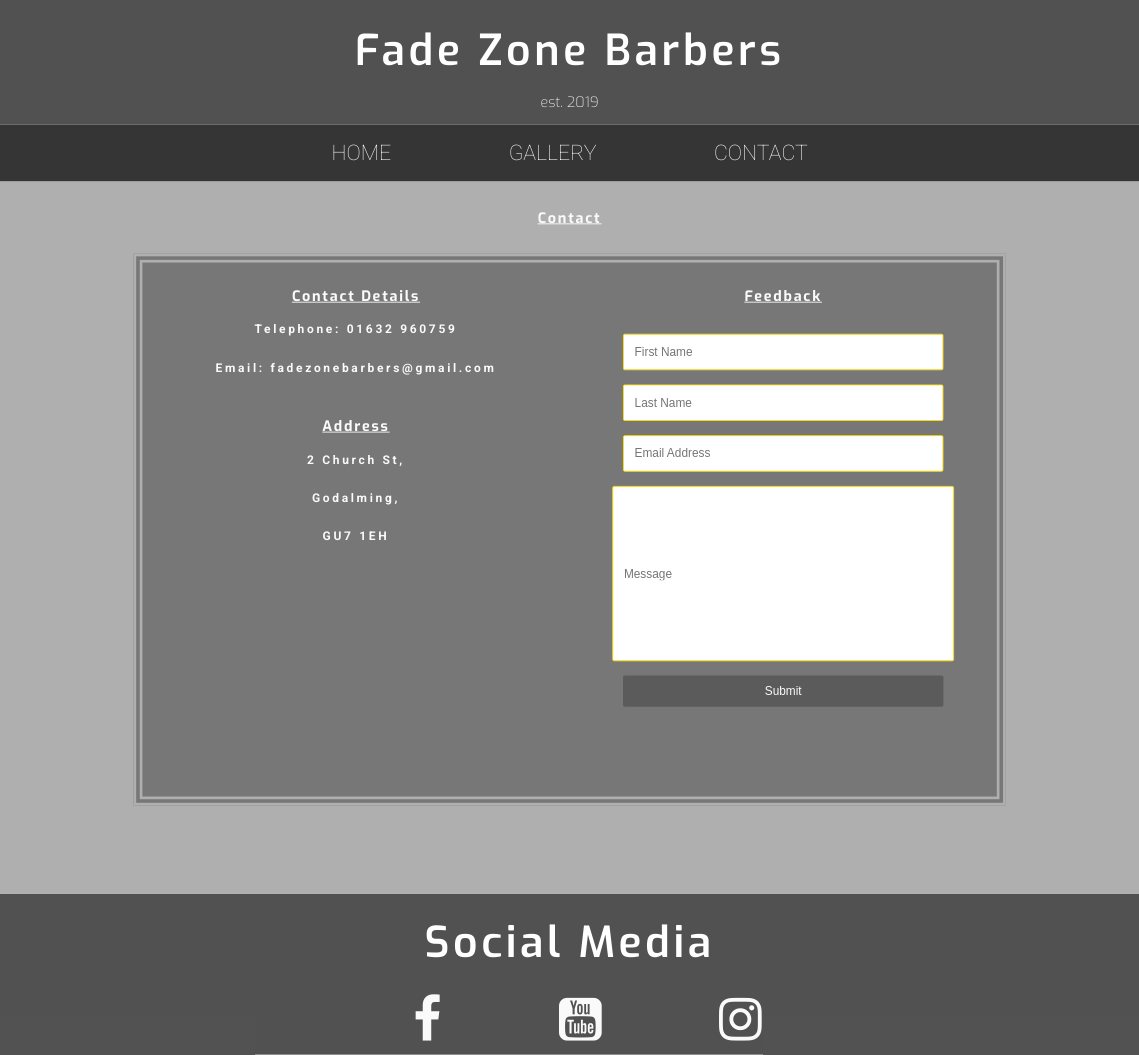
Repository: Boofy360/fade-zone-barbers
Page: contact.html
The author's editor kept a record of every edit. The page is drawn from the files as they stood at one moment, then again after the next edit.
The browser window is 1280 px wide. The pictures show the whole page, at 89% of full size.

Above is the page before.

### contact.html
<!DOCTYPE html>
<html lang="en">

<head>
    <meta charset="UTF-8">
    <meta name="viewport" content="width=device-width, initial-scale=1.0">
    <meta http-equiv="X-UA-Compatible" content="ie=edge">
    <link rel="stylesheet" href="assets/css/style.css" type="text/css" />
    <link rel="stylesheet" href="https://maxcdn.bootstrapcdn.com/font-awesome/4.7.0/css/font-awesome.min.css" type="text/css" />
    <link rel="stylesheet" href="https://cdnjs.cloudflare.com/ajax/libs/hover.css/2.3.1/css/hover-min.css" type="text/css" />
    <title>Document</title>
</head>

<body>
    <header>
        <div id="heading">
            <h1>Fade Zone Barbers</h1>
            <h2>est. 2019</h2>
            <!----------Figure out how to center---------->
        </div>
    </header>
    <nav>
        <ul id="navbar">
            <li>
                <a href="index.html">Home</a>
            </li>
            <li>
                <a href="gallery.html">Gallery</a>
            </li>
            <li>
                <a href="contact.html">Contact</a>
            </li>
        </ul>
    </nav>
    <section id="contact">
        <h2>Contact</h2>
        <div id="contact-overlay">
            <div id="left-contact">
                <h2>Contact Details</h2>
                <p>Telephone: 01632 960759</p>
                <p>Email: fadezonebarbers@gmail.com</p>
                <h2>Address</h2>
                <p>2 Church St,</p>
                <p>Godalming,</p>
                <p>GU7 1EH</p>
            </div>
            <div id="right-contact">
                <h2>Feedback</h2>
                <form action="" target="_self" method="post">
                    <input type="text" name="firstname" placeholder="First Name"/>
                    <input type="text" name="lastname" placeholder="Last Name"/>
                    <input type="text" name="email" placeholder="Email Address"/>
                    <input type="text" name="message" placeholder="Message"/>
                    <input type="submit" value="Submit"/>
                </form>
            </div>
        </div>
    </section>
    <footer>
        <h1>Social Media</h1>
        <ul id="social-networks">
            <li><a href="https://www.facebook.com" target="_blank"><i class="fa fa-facebook"></i></a></li>
            <li><a href="https://www.twitter.com" target="_blank"><i class="fa fa-youtube-square"></i></a></li>
            <li><a href="https://www.instagram.com" target="_blank"><i class="fa fa-instagram"></i></a></li>
        </ul>
    </footer>
</body>

</html>

### assets/css/style.css
@import url('https://fonts.googleapis.com/css?family=Roboto:100,200,300,400,500,600,700|Exo:100,200,300,400,500,600,700');

/*--------------------------------------------Special paddings/margins/text*/

body {
    margin: 0;
    padding: 0;
    border: 0;
}

a:link {
    text-decoration: none!important;
}

/*--------------------------------------------Header*/

header {
    background-color: rgba(8, 8, 8, 0.7);
    font-family: "Exo", sans-serif;
    line-height: 50px;
    text-align: center;
}

#heading h1 {
    font-size: 300%;
    letter-spacing: 4px;
    color: #fff;
    font-weight: 600;
    margin: 0;
    padding: 32px 0 8px;
}

#heading h2 {
    font-size: 100%;
    color: #fafafa;
    font-weight: 200;
    margin: 0;
}

/*--------------------------------------------Navbar*/

#navbar {
    background-color: rgba(32, 32, 32, 0.9);
    list-style-type: none;
    margin: auto;
    padding: 0;
    float: none;
    text-align: center
}

#navbar li {
    display: inline-block;
}

#navbar li a {
    font-family: "Roboto", sans-serif;
    color: #fafafa;
    font-size: 150%;
    font-weight: 100;
    text-transform: uppercase;
    padding: 0 64px;
    text-decoration: none;
    display: inline;
    line-height: 64px;
    transition: all 0.35s ease-in-out;
    -moz-transition: all 0.35s ease-in-out;
    -webkit-transition: all 0.35s ease-in-out;
    -o-transition: all 0.35s ease-in-out;
}

#navbar li a:hover {
    color: #ffdf00;
}


/*--------------------------------------------About Us*/

#hero-image {
    background-image: linear-gradient(rgba(0, 0, 0, 0.2), rgba(0, 0, 0, 0.2)), url("../images/tools-background.jpg");
    height: 100%;
    background-position: center;
    background-repeat: no-repeat;
    background-size: cover;
}


#hero-outer {
    height: 600px;
    width: 100%;
    overflow: hidden;
    position: relative;
    text-align: center
}

#cover-text h2 {
    letter-spacing: 2px;
    font-family: "Exo", sans-serif;
    text-decoration: underline;


}

#cover-text {
    background-color: rgba(32, 32, 32, 0.5);
    font-family: "Roboto", sans-serif;
    font-size: 1.5vh;
    text-align: center;
    color: #fafafa;
    line-height: 100%;
    width: 60%;
    height: 60%;
    border-radius: 5%;
    padding: 20px 20px;
    bottom: 20%;
    left: 10%;
    position: absolute;
    margin: 0 auto;
}

/*--------------------------------------------Prices*/

#prices {
    background-color: #afafaf;
    font-family: "Roboto", sans-serif;
    font-size: 1.5vh;
    text-align: center;
    color: #fafafa;
    width: 100%;
    height: 600px;
    position: relative;
}

#prices h2 {
    text-align: center;
    letter-spacing: 2px;
    font-family: "Exo", sans-serif;
    text-decoration: underline;
    padding: 30px 0;
    margin: 0;
}


#prices-list {
    background-color: rgba(64, 64, 64, 0.5);
    width: 80%;
    height: 65%;
    line-height: 150%;
    display: inline-block;
    border: 10px double #afafaf;
}

#left-content {
    float: left;
    width: 50%;
}

#right-content {
    float: right;
    width: 50%;
}

#left-content p,
#right-content p {
    font-size: 1.25em;
    letter-spacing: 3px;
    font-weight: 700;
    padding: 0.5em;

}

/*--------------------------------------------Gallery*/

#gallery {
    background-color: #afafaf;
    clear:both;
    height: 100%;
    line-height: 0;
    column-count: 5;
    column-gap: 0;
}

#gallery img {
    width: 100%;
}

/*--------------------------------------------Contact*/

#contact {
    background-color: #afafaf;
    width: 100%;
    height: 800px;
    position: relative;
    text-align:center;
    font-size: 1.5vh;
    font-family: "Roboto", sans-serif;
    color: #fafafa;
}

#contact h2 {
    text-align: center;
    letter-spacing: 2px;
    font-family: "Exo", sans-serif;
    text-decoration: underline;
    padding: 30px 0;
    margin: 0;
}

#contact-overlay {
    background-color: rgba(64, 64, 64, 0.5);
    width: 75%;
    height: 75%;
    line-height: 150%;
    display: inline-block;
    border: 10px double #afafaf;
}

#left-contact {
    float: left;
    width: 50%;
}

#left-contact h2 {
    padding-bottom: 0px
}

#right-contact {
    float: right;
    width: 50%;
}

input {
    width: 75%;
    padding: 12px;
    margin-top: 4px;
    margin-bottom: 12px;
    box-sizing: border-box;
    border-radius: 2px;
    border: 1px solid #ffdf00;
    cursor: text;
}

input[type=submit] {
    background-color: rgba(64, 64, 64, 0.5);
    color: #fafafa;
    padding: 10px 16px;
    border: none;
    border-radius: 2px;
    cursor: pointer;
}

input[name=message] {
    width: 80%;
    padding: 90px 12px;
}


#left-contact p,
#right-contact p {
    font-size: 1.25em;
    letter-spacing: 3px;
    font-weight: 700;
    padding: 0.5em;

}

/*--------------------------------------------Footer*/

footer {
    background-color: rgba(8, 8, 8, 0.7);
    line-height: 50px;
    text-align: center;
}

footer h1 {
    font-family: "Exo", sans-serif;
    font-size: 300%;
    letter-spacing: 4px;
    color: #fff;
    font-weight: 600;
    margin: 0;
    padding: 30px 0;
}

#social-networks {
    margin: 0;
}

#social-networks li {
    display: inline;

}

#social-networks li a {
    color: #fafafa;
    font-size: 3.5em;
    padding: 0 64px;
    line-height: 64px;
    transition: all 0.35s ease-in-out;
    -moz-transition: all 0.35s ease-in-out;
    -webkit-transition: all 0.35s ease-in-out;
    -o-transition: all 0.35s ease-in-out;
}

#social-networks li a:hover {
    color: #ffdf00;
}

After the next edit:
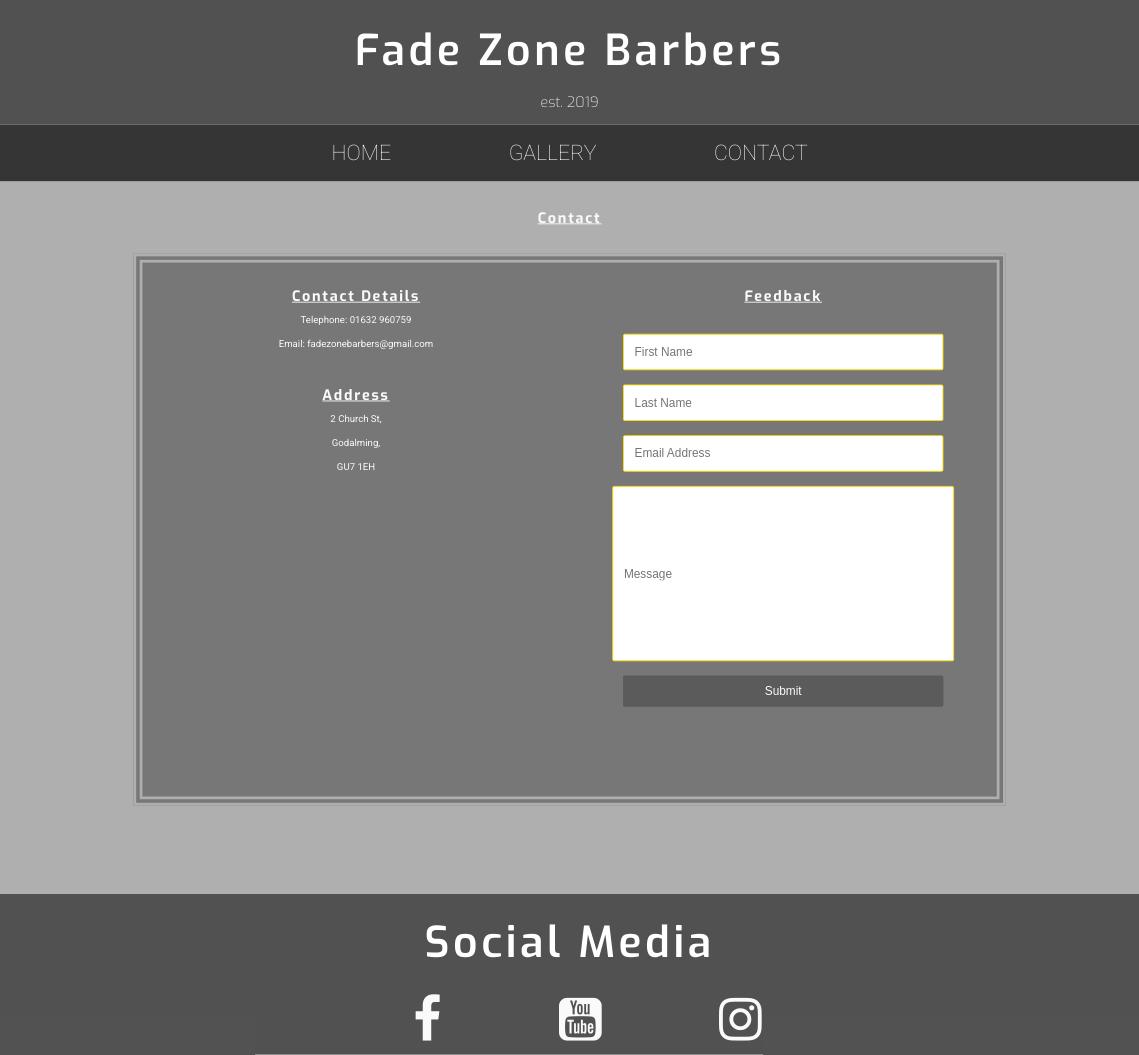
The edit:
--- a/assets/css/style.css
+++ b/assets/css/style.css
@@ -254,14 +254,7 @@
 }
 
 
-#left-contact p,
-#right-contact p {
-    font-size: 1.25em;
-    letter-spacing: 3px;
-    font-weight: 700;
-    padding: 0.5em;
-
-}
+
 
 /*--------------------------------------------Footer*/
 

After the edit that followed:
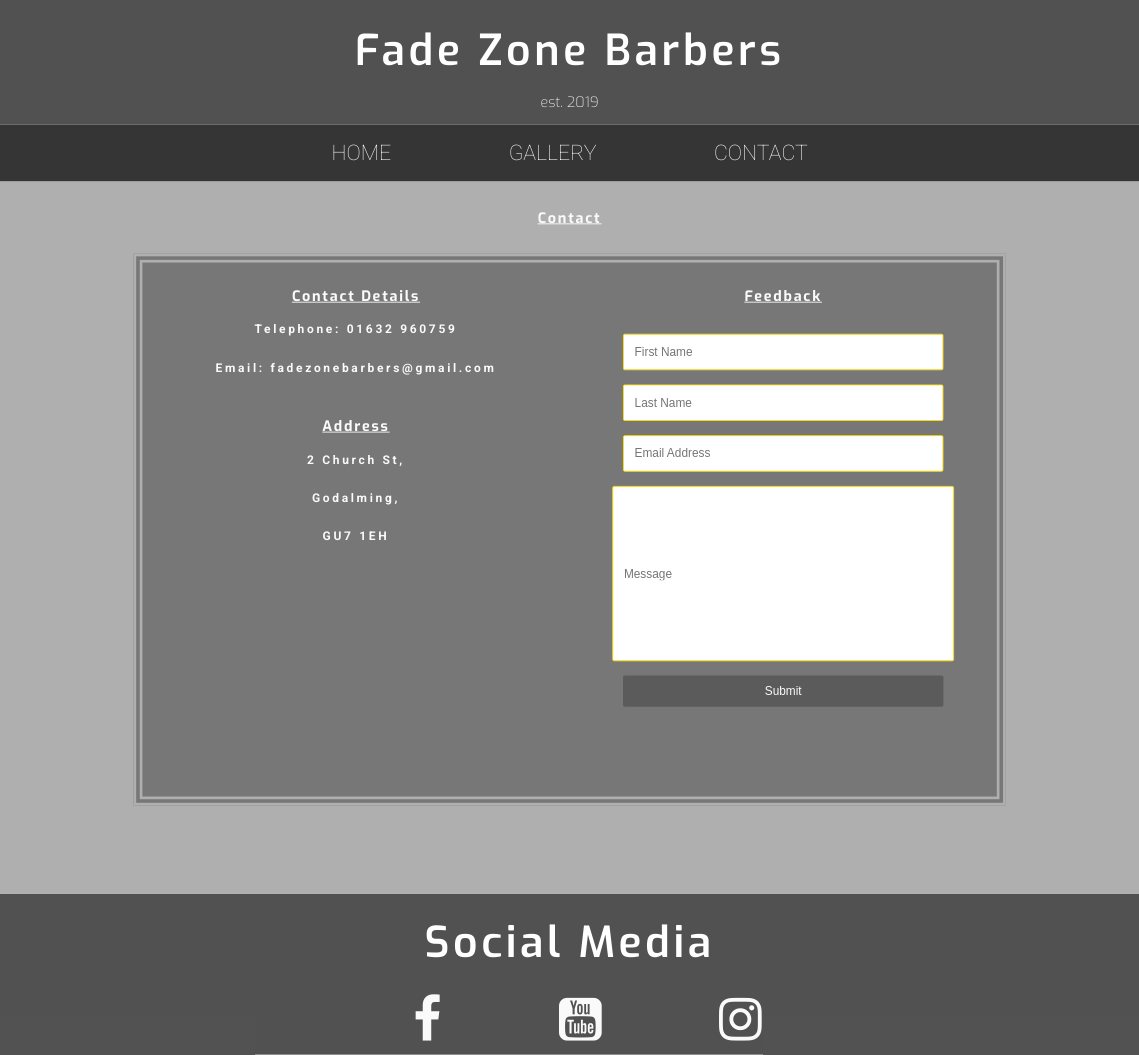
The edit:
--- a/assets/css/style.css
+++ b/assets/css/style.css
@@ -228,6 +228,13 @@
     width: 50%;
 }
 
+#left-contact p {
+    font-size: 1.25em;
+    letter-spacing: 3px;
+    font-weight: 700;
+    padding: 0.5em;
+
+}
 input {
     width: 75%;
     padding: 12px;
